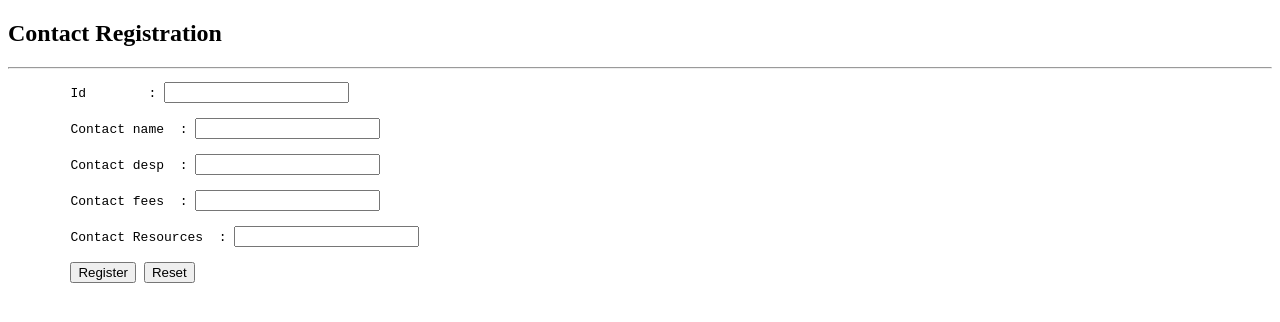
Repository: rathorea439/eLearning
Page: http://localhost/eLearing-springMVC/WEB-INF/views/add-contact.jsp
These files come from the project's save history. The page is drawn as it stood at one moment and after the next save; the edit follows.
The browser window is 1280 px wide. The pictures show the whole page.
The page is served by Tomcat 9. Nobody is signed in. Other server files are loaded and not shown. The template is opened directly, without the code that normally fills it, so the values that code supplies are empty.

Above is the page before, as saved 2021-07-26 16:47:11.

### eLearing-springMVC/src/main/webapp/WEB-INF/views/add-contact.jsp
<%@ page language="java" contentType="text/html; charset=ISO-8859-1"
	pageEncoding="ISO-8859-1"%>
<%@ taglib uri="http://www.springframework.org/tags/form" prefix="form" %>
<!DOCTYPE html>
<html>
<head>
<meta charset="ISO-8859-1">
<title>Add Contact</title>
</head>
<body>
	<h2>Contact Registration</h2>
	<hr>
	<form:form action="register4" method="POST" modelAttribute="contact">
		<pre>
        Id        : <form:input path="contact_id" /><br>
        Contact name  : <form:input path="c_name"/><br>
        Contact desp  : <form:input path="c_desp" /><br>
        Contact fees  : <form:input path="c_fees" /><br>
        Contact Resources  : <form:input path="c_resource" /><br>
        <input type="submit" value="Register" /> <input
				type="reset" value="Reset" />
        </pre>
	</form:form>
</body>
</html>

After the next save:
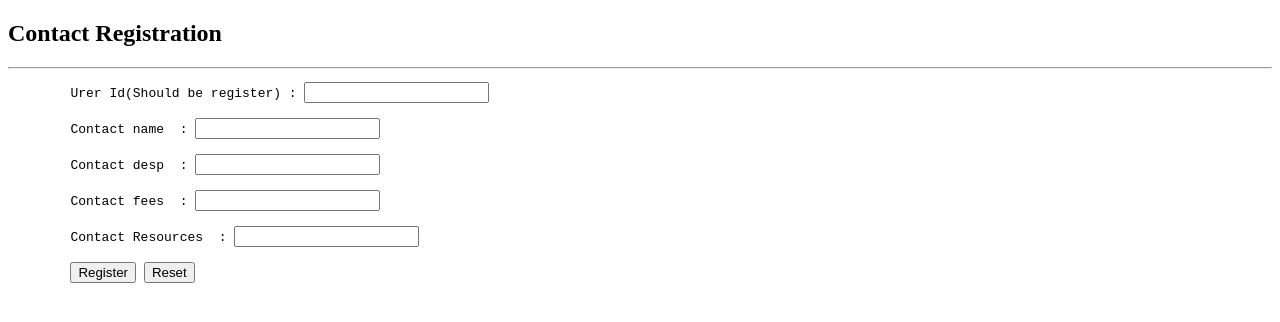
Saved 33 s later.
--- a/eLearing-springMVC/src/main/webapp/WEB-INF/views/add-contact.jsp
+++ b/eLearing-springMVC/src/main/webapp/WEB-INF/views/add-contact.jsp
@@ -12,7 +12,7 @@
 	<hr>
 	<form:form action="register4" method="POST" modelAttribute="contact">
 		<pre>
-        Id        : <form:input path="contact_id" /><br>
+        Urer Id(Should be register) : <form:input path="user_id" /><br>
         Contact name  : <form:input path="c_name"/><br>
         Contact desp  : <form:input path="c_desp" /><br>
         Contact fees  : <form:input path="c_fees" /><br>
